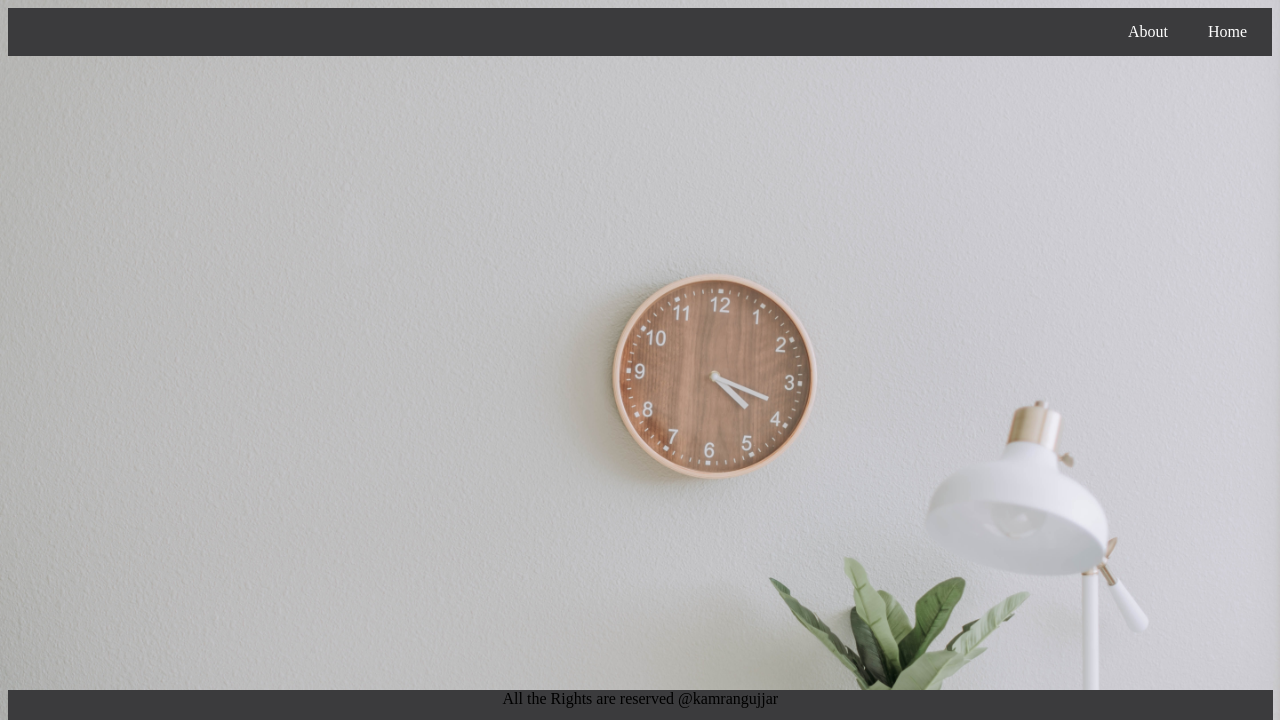
Repository: Kamrangujjar85112/Length-Converter
Page: html/cm_km.html
The author's editor kept a copy of each file at every save. The page is drawn from the files as they stood at one save, then again after the next save.
The browser window is 1280 px wide. The pictures show the whole page.

Above is the page before, as saved 2022-01-21 09:16:18.

After the next save:
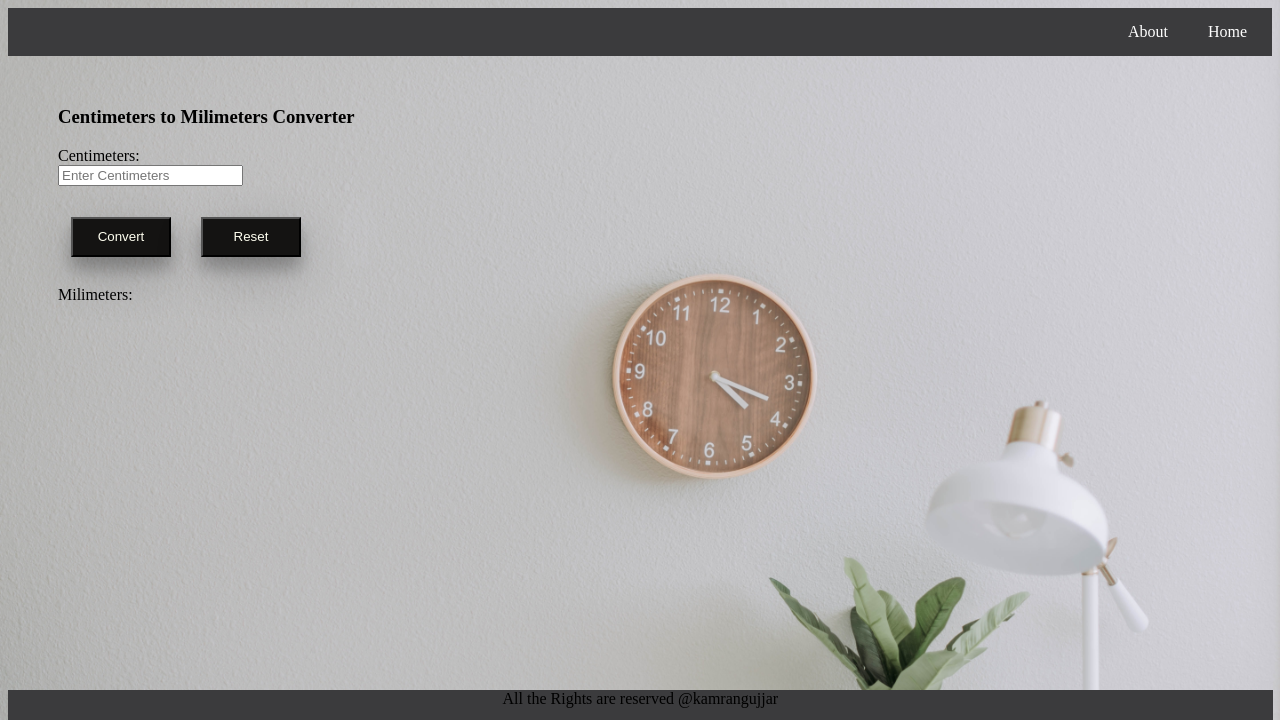
Saved 97 s later.
--- a/html/cm_km.html
+++ b/html/cm_km.html
@@ -18,6 +18,16 @@
                 </ul>
             </nav>
         </div>
+        <div class="box">
+            <h3>Centimeters to Milimeters Converter</h3>
+
+            <label>Centimeters:</label><br>
+            <input type="number" id="centimetersToMilimeters" placeholder="Enter Centimeters" value=""><br><br>
+            <button id="convert">Convert</button>
+            <input type="reset" value="Reset" id="reset"><br>
+            <p>Milimeters: <span id="cmToKm"></span></p>
+
+    </div>
             <footer class="footer">
                 <span>All the Rights are reserved @kamrangujjar</span>
               </footer>
